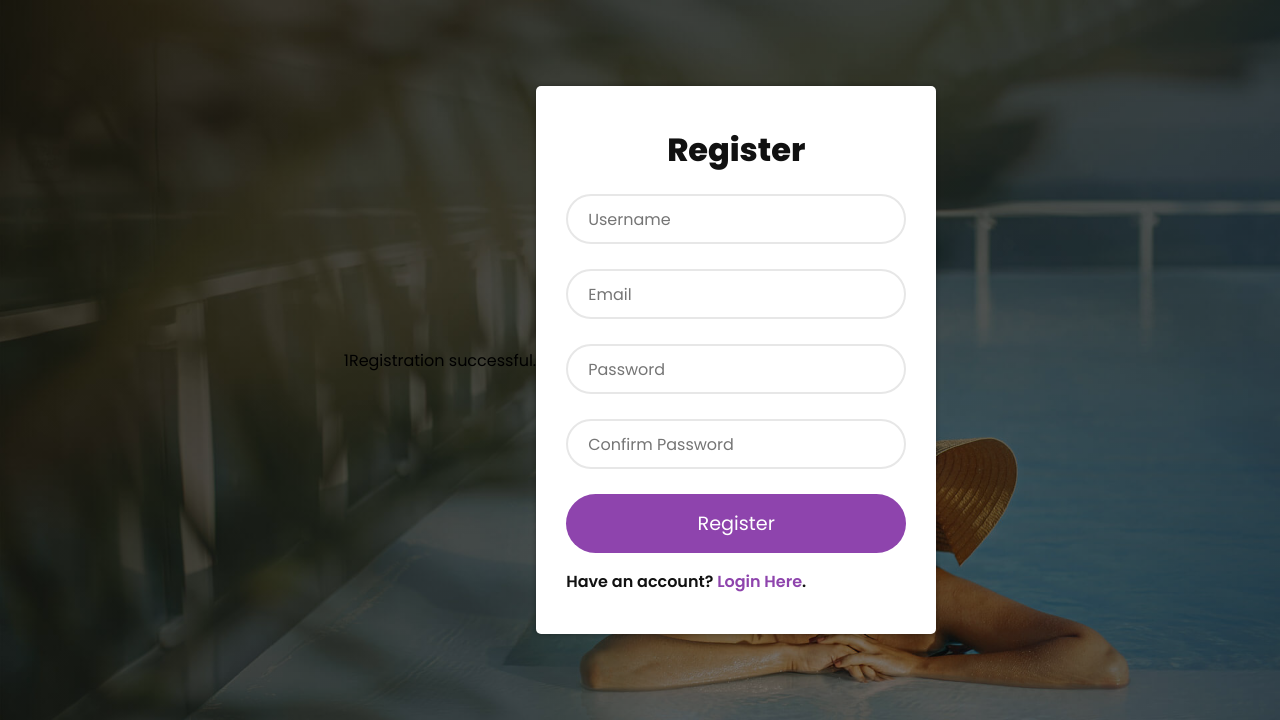
Repository: tanya2468/travel_agency
Page: http://localhost/register.php
An editor plug-in stored every save of this project. The page is shown before and after the next save, followed by the edit.
The browser window is 1280 px wide. The pictures show the whole page.
The page is run by PHP 8.4 with error messages shown; the project is at /var/www/html/.

Above is the page before, as saved 2024-11-12 18:46:57.

### register.php
<?php
include 'config.php';
include 'connect.php';
error_reporting(0);
if (isset($_POST['submit'])){
    $username = $_POST['username'];
    $email = $_POST['email'];
    $password = md5($_POST['password']);
    $cpassword = md5($_POST['cpassword']);

    if ($password == $cpassword){
        $sql = "SELECT * FROM users WHERE email='$email'";
        $result = mysqli_query($conn, $sql);
		if (!$result->num_rows > 0){
        $sql = "INSERT INTO users (username, email, password)
                VALUES ('$username', '$email','$password')";
        $result = mysqli_query($conn, $sql);
        if ($result) {
            echo "<script>alert('User registeration completed.')</script>";
                $username = "";
				$email = "";
				$_POST['password'] = "";
				$_POST['cpassword'] = "";
        }
        else{
            echo "<script>alert('Oops! something wrong went.')</script>";
    }
}}
    else{
        echo "<script>alert('Password Not Matched.')</script>";
    }
}
?>

<!DOCTYPE html>
<html>
<head>
	<meta charset="utf-8">
	<meta name="viewport" content="width=device-width, initial-scale=1.0">

	<link rel="stylesheet" href="https://stackpath.bootstrapcdn.com/font-awesome/4.7.0/css/font-awesome.min.css">

	<link rel="stylesheet" type="text/css" href="style.css">

	<title>Register</title>
</head>
<body>
	<div class="container">
		<form action="" method="POST" class="login-email">
            <p class="login-text" style="font-size: 2rem; font-weight: 800;">Register</p>
			<div class="input-group">
				<input type="text" placeholder="Username" name="username" value="<?php echo $username; ?>" required>
			</div>
			<div class="input-group">
				<input type="email" placeholder="Email" name="email"  value="<?php echo $email; ?>" required>
			</div>
			<div class="input-group">
				<input type="password" placeholder="Password" name="password" value="<?php echo $_POST['password']; ?>"  required>
            </div>
            <div class="input-group">
				<input type="password" placeholder="Confirm Password" name="cpassword" value="<?php echo $_POST['cpassword']; ?>"  required>
			</div>
			<div class="input-group">
				<button name="submit" class="btn">Register</button>
			</div>
			<p class="login-register-text">Have an account? <a href="login.php">Login Here</a>.</p>
		</form>
	</div>
</body>
</html>

### config.php
<?php
$server = "localhost";
$user = "root";
$pass = "";
$database = "book_db";

$conn = mysqli_connect($server, $user, $pass, $database);

if (!$conn) {
    die("<script>alert('Connection Failed.')</script>");
}
?>

### connect.php
<?php
$firstName = isset($_POST['firstName']) ? $_POST['firstName'] : '';
$lastName = isset($_POST['lastName']) ? $_POST['lastName'] : '';
$gender = isset($_POST['gender']) ? $_POST['gender'] : '';
$email = isset($_POST['email']) ? $_POST['email'] : '';
$password = isset($_POST['password']) ? $_POST['password'] : '';
$number = isset($_POST['number']) ? $_POST['number'] : '';

// Database connection
include 'config.php';

$stmt = $conn->prepare("INSERT INTO registration(firstName, lastName, gender, email, password, number) VALUES(?, ?, ?, ?, ?, ?)");
$stmt->bind_param("sssssi", $firstName, $lastName, $gender, $email, $password, $number);
$execval = $stmt->execute();
echo $execval;
echo "Registration successful.";
$stmt->close();
$conn->close();
?>

### style.css
@import url('https://fonts.googleapis.com/css2?family=Poppins:ital,wght@0,100;0,200;0,300;0,400;0,500;0,600;0,700;0,800;0,900;1,100;1,200;1,300;1,400;1,500;1,600;1,700;1,800;1,900&display=swap');

* {
    margin: 0;
    padding: 0;
    box-sizing: border-box;
    font-family: 'Poppins', sans-serif;
}

body {
    width: 100%;
    min-height: 100vh;
    background-image: linear-gradient(rgba(0,0,0,.5), rgba(0,0,0,.5)), url(home-slide-1.jpg);
    background-position: center;
    background-size: cover;
    display: flex;
    justify-content: center;
    align-items: center;
}

.container {
    width: 400px;
    min-height: 400px;
    background: #FFF;
    border-radius: 5px;
    box-shadow: 0 0 5px rgba(0,0,0,.3);
    padding: 40px 30px;
}

.container .login-text {
    color: #111;
    font-weight: 500;
    font-size: 1.1rem;
    text-align: center;
    margin-bottom: 20px;
    display: block;
    text-transform: capitalize;
}

.container .login-social {
    display: grid;
    grid-template-columns: repeat(auto-fit, minmax(50%, 1fr));
    margin-bottom: 25px;
}

.container .login-social a {
    padding: 12px;
    margin: 10px;
    border-radius: 3px;
    box-shadow: 0 0 5px rgba(0,0,0,.3);
    text-decoration: none;
    font-size: 1rem;
    text-align: center;
    color: #FFF;
    transition: .3s;
}

.container .login-social a i {
    margin-right: 5px;
}

.container .login-social a.facebook {
    background: #4267B2;
}

.container .login-social a.twitter {
    background: #1DA1F2;
}

.container .login-social a.google-plus {
    background: #db4a39;
}

.container .login-social a.linkedin {
    background: #0e76a8;
}

.container .login-social a.facebook:hover {
    background: #3d5fa3;
}

.container .login-social a.twitter:hover {
    background: #1991db;
}

.container .login-social a.google-plus:hover {
    background: #ca4334;
}

.container .login-social a.linkedin:hover {
    background: #0b5c81;
}

.container .login-email .input-group {
    width: 100%;
    height: 50px;
    margin-bottom: 25px;
}

.container .login-email .input-group input {
    width: 100%;
    height: 100%;
    border: 2px solid #e7e7e7;
    padding: 15px 20px;
    font-size: 1rem;
    border-radius: 30px;
    background: transparent;
    outline: none;
    transition: .3s;
}

.container .login-email .input-group input:focus, .container .login-email .input-group input:valid {
    border-color: #8e44ad;
}

.container .login-email .input-group .btn {
    display: block;
    width: 100%;
    padding: 15px 20px;
    text-align: center;
    border: none;
    background: #8e44ad;
    outline: none;
    border-radius: 30px;
    font-size: 1.2rem;
    color: #FFF;
    cursor: pointer;
    transition: .3s;
}

.container .login-email .input-group .btn:hover {
    transform: translateY(-5px);
    background: #8e44ad;
}

.login-register-text {
    color: #111;
    font-weight: 600;
}

.login-register-text a {
    text-decoration: none;
    color: #8e44ad;
}

@media (max-width: 430px) {
    .container {
        width: 300px;
    }
    .container .login-social {
        display: block;
    }
    .container .login-social a {
        display: block;
    }
}

After the next save:
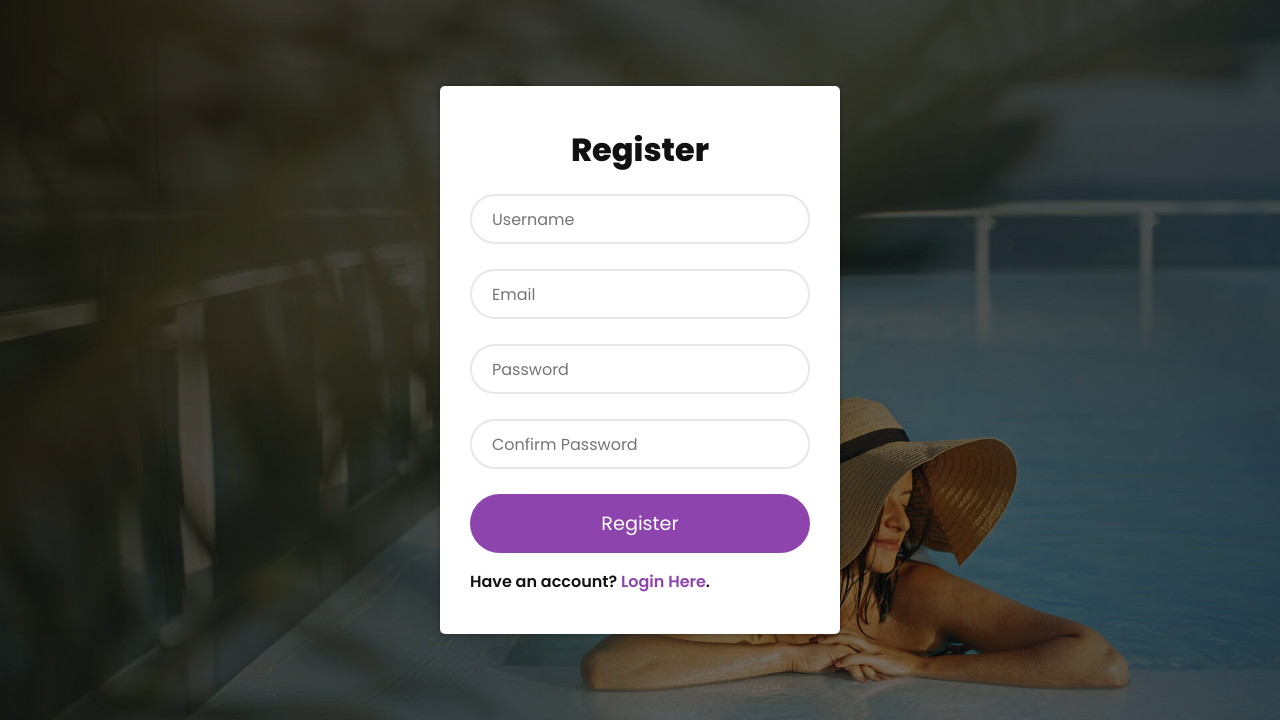
Saved 32 s later.
--- a/register.php
+++ b/register.php
@@ -1,37 +1,38 @@
 <?php
 include 'config.php';
-include 'connect.php';
+
 error_reporting(0);
-if (isset($_POST['submit'])){
+
+if (isset($_POST['submit'])) {
     $username = $_POST['username'];
     $email = $_POST['email'];
     $password = md5($_POST['password']);
     $cpassword = md5($_POST['cpassword']);
 
-    if ($password == $cpassword){
+    if ($password == $cpassword) {
         $sql = "SELECT * FROM users WHERE email='$email'";
         $result = mysqli_query($conn, $sql);
-		if (!$result->num_rows > 0){
-        $sql = "INSERT INTO users (username, email, password)
-                VALUES ('$username', '$email','$password')";
-        $result = mysqli_query($conn, $sql);
-        if ($result) {
-            echo "<script>alert('User registeration completed.')</script>";
+        if (!$result->num_rows > 0) {
+            $sql = "INSERT INTO users (username, email, password) VALUES ('$username', '$email','$password')";
+            $result = mysqli_query($conn, $sql);
+            if ($result) {
+                echo "<script>alert('User registration completed.')</script>";
                 $username = "";
-				$email = "";
-				$_POST['password'] = "";
-				$_POST['cpassword'] = "";
+                $email = "";
+                $_POST['password'] = "";
+                $_POST['cpassword'] = "";
+                header("Location: login.php");
+            } else {
+                echo "<script>alert('Oops! Something went wrong.')</script>";
+            }
+        } else {
+            echo "<script>alert('Email already registered.')</script>";
         }
-        else{
-            echo "<script>alert('Oops! something wrong went.')</script>";
-    }
-}}
-    else{
+    } else {
         echo "<script>alert('Password Not Matched.')</script>";
     }
 }
 ?>
-
 <!DOCTYPE html>
 <html>
 <head>
